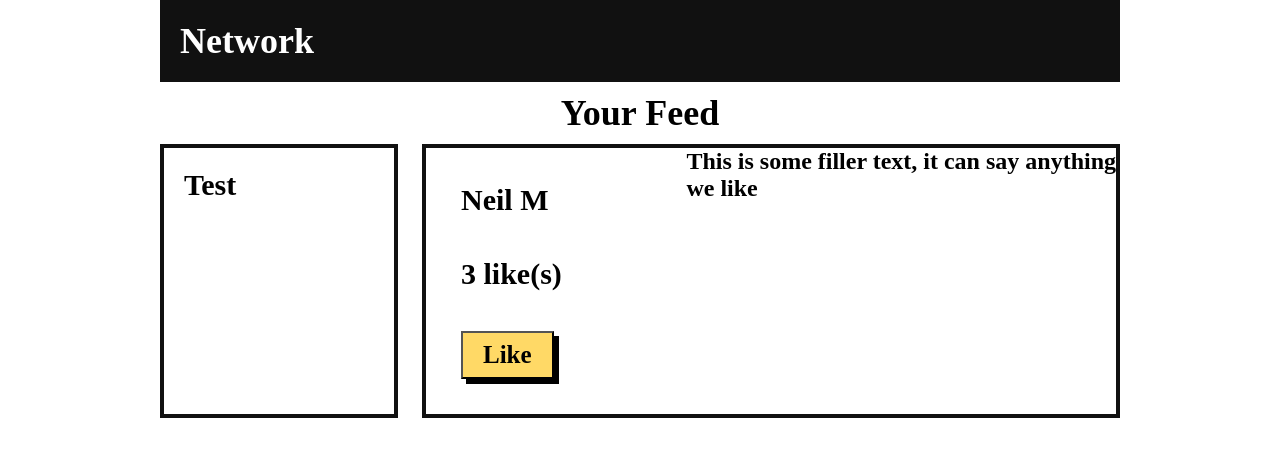
Repository: Blender20/liking_likes
Page: index.html
The author's editor kept a copy of each file at every save. The page is drawn from the files as they stood at one save, then again after a run of saves.
The browser window is 1280 px wide. The pictures show the whole page.
Some web fonts or font styles are not loaded; a fallback is used.

Above is the page before, as saved 2022-03-29 22:41:29.

### index.html
<!DOCTYPE html>
<html lang="en">

<head>
  <meta charset="UTF-8">
  <meta http-equiv="X-UA-Compatible" content="IE=edge">
  <meta name="viewport" content="width=device-width, initial-scale=1.0">
  <link rel="stylesheet" href="style.css">
  <title>Document</title>
</head>

<body>
  <nav>
    <h1>Network</h1>
  </nav>
  <div class="feed">
    <h1>Your Feed</h1>
  </div>
  <div class="container flex">
    <div class="leftColumn">
      <h3>Test</h2>
    </div>
    <div class="rightColumn flex ">

      <div class="user ">

        <h3>Neil M</h3>
                  <h3 ><span id="likeCount">3</span> like(s)</h3>
        <button onclick="addLike()" id="like">Like</button>

      </div>
      <div>
        <h2>This is some filler text, it can say anything <br>we like</h2>
      </div>
    </div>
    </div>
  </div>
  <script src="script.js"></script>
</body>

</html>

### style.css
@import url('https://fonts.googleapis.com/css2?family=Balsamiq+Sans:ital,wght@0,400;0,700;1,700&display=swap');
  *{
  padding: 0;
  margin: 0;
  box-sizing: border-box;
  font-family: 'Balsamiq Sans', cursive;
}

.flex {
  display: flex;
  justify-content: space-between;
  align-self: center;
  gap:1.5em;
}
nav{
  min-height: 70px;
  background-color: #111;
  display: block;
  width: 75%;
  margin: 0 auto;

  color: #fff;
  font-family: "balsamiq Sans";
  padding: 10px
}
.container {
  margin: 0 auto;
  width: 75%
}

 .leftColumn{
  border: 4px solid #111;
  margin-top: 50px;

  flex:1;
  margin: 0 auto;
 }

.rightColumn {
  border: 4px solid #111;
  margin-top: 50px;
  /* width:550px; */
  flex:3;
  margin: 0 auto;

}
.user{
  padding: 15px ;
  flex:1;

  margin: auto 0;
}
h1 {

  font-size: 36px;
  padding: 10px;
}
.feed {
  text-align: center;
  justify-content: center;
}
h3 {
  padding: 20px;
  align-self: center;
  font-size: 30px;
}
#like {
  background-color: #FFD966;
  padding: 8px 20px;
  margin: 20px;
  font-weight: 900;
  font-size: 25px;
  box-shadow: 5px 5px;
}

### script.js
var likeCount = document.querySelector('#likeCount')
console.log(likeCount)
function addLike() {

  likeCount.innerText++;

}

After the next 2 saves:
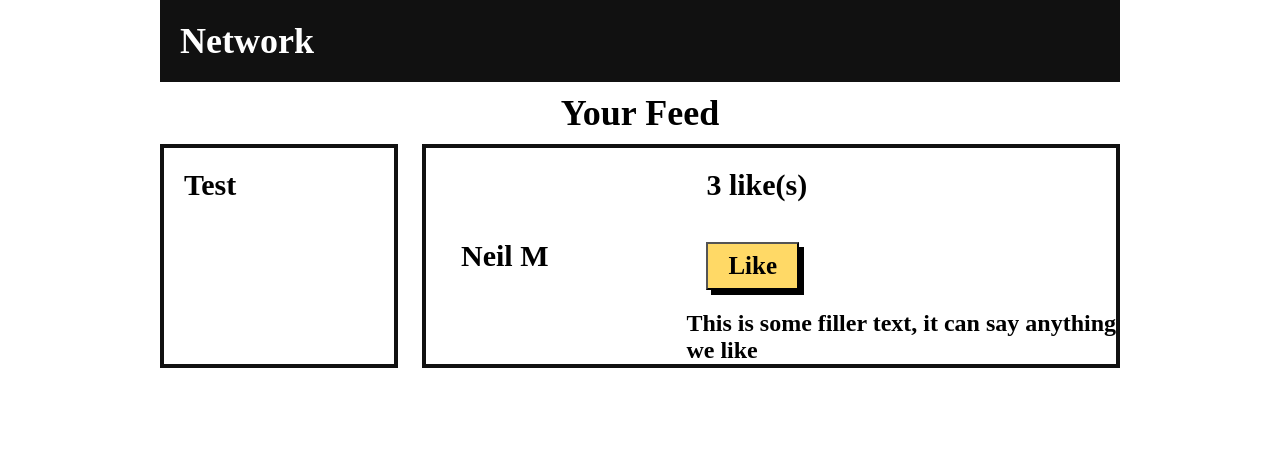
The 2 saves are shown as one change because they came seconds apart.
The last was saved 65 s later.
--- a/index.html
+++ b/index.html
@@ -25,11 +25,12 @@
       <div class="user ">
 
         <h3>Neil M</h3>
-                  <h3 ><span id="likeCount">3</span> like(s)</h3>
-        <button onclick="addLike()" id="like">Like</button>
+
 
       </div>
       <div>
+        <h3 ><span id="likeCount">3</span> like(s)</h3>
+        <button onclick="addLike()" id="like">Like</button>
         <h2>This is some filler text, it can say anything <br>we like</h2>
       </div>
     </div>
